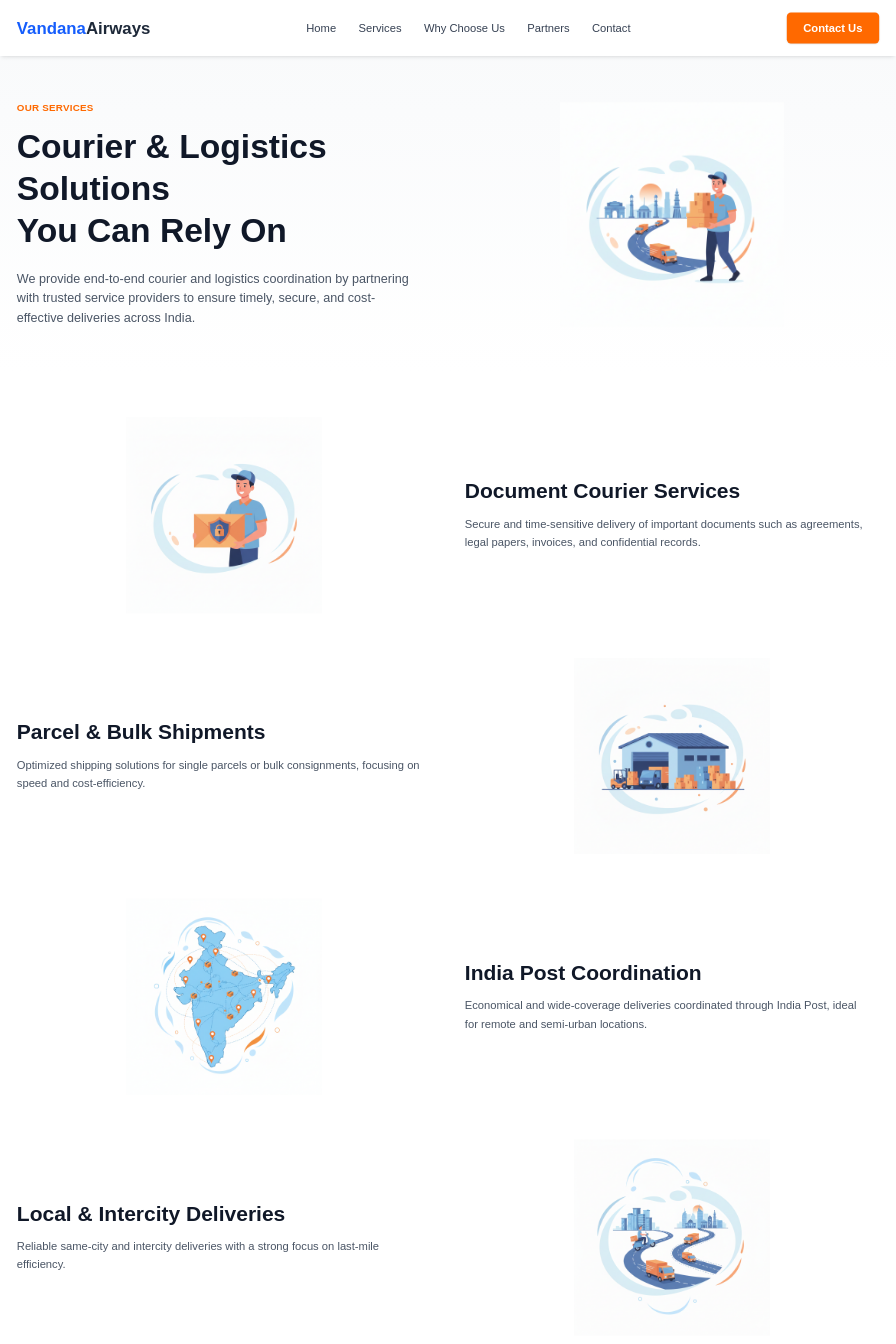
Repository: Rohit-foryou/Courier-Portfolio
Page: /services
These files come from the project's save history. The page is drawn as it stood at one moment and after the next save; the edit follows.
The browser window is 1280 px wide. The pictures show the part of the page from y = 0 to 1920 px (the page is 4196 px tall before and 4068 px after), at 70% of full size.
The project was rebuilt for these pictures with package versions that can differ from the ones it lists, and the page was loaded fresh each time. The framework's server and built-in components were replaced by stand-ins that run in the browser. Also part of the build but not shown: next.config.ts.

Above is the page before, as saved 2026-02-10 00:37:48.

After the next save:
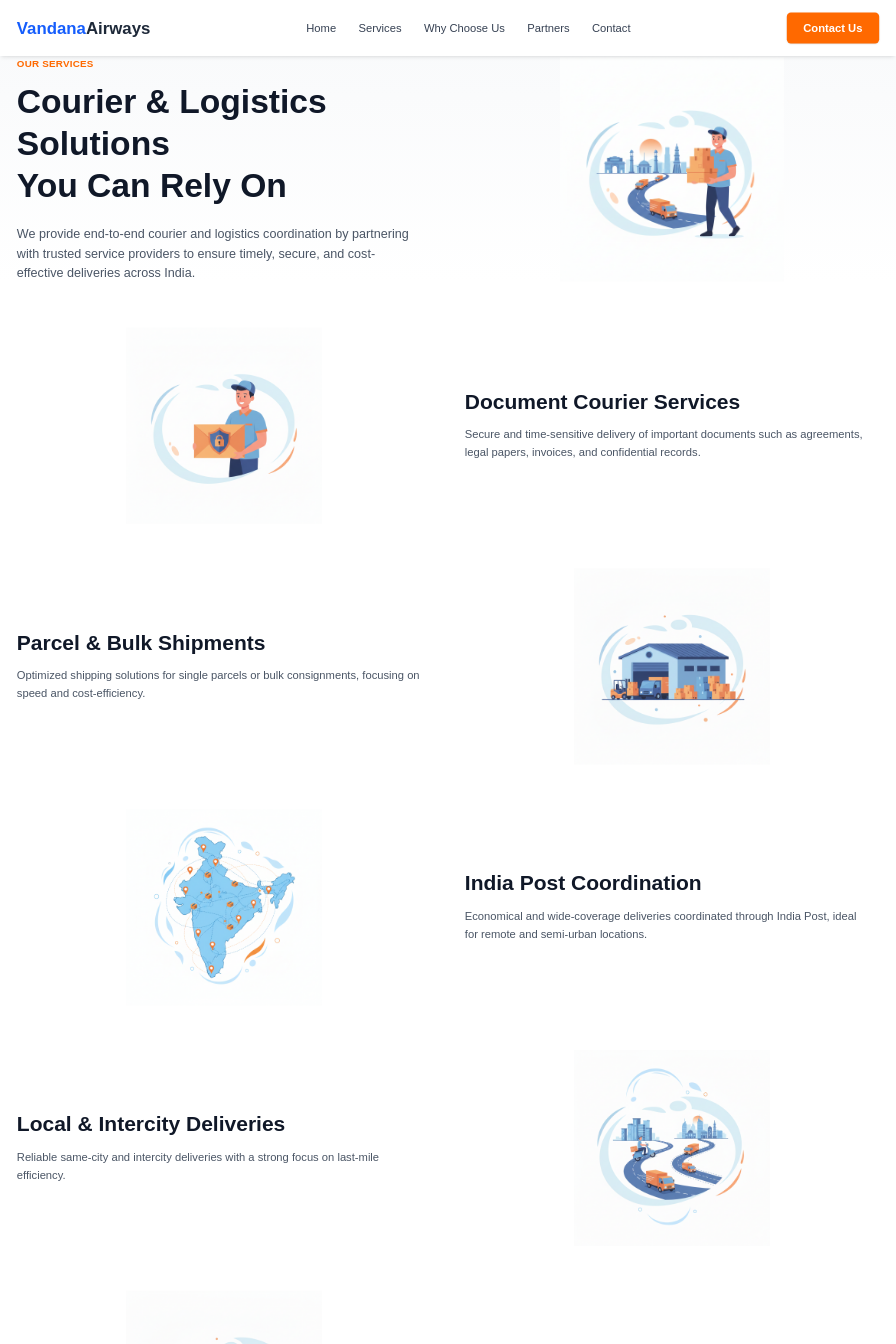
Saved 10 s later.
--- a/app/services/page.tsx
+++ b/app/services/page.tsx
@@ -38,7 +38,7 @@
   return (
     <>
       {/* HERO */}
-      <section className="bg-gradient-to-b from-gray-50 to-white py-16">
+      <section className="bg-gradient-to-b from-gray-50 to-white py-">
         <div className="max-w-7xl mx-auto px-6 grid grid-cols-1 md:grid-cols-2 gap-12 items-center">
           <div>
             <p className="text-sm font-semibold text-orange-500 uppercase tracking-wide">
